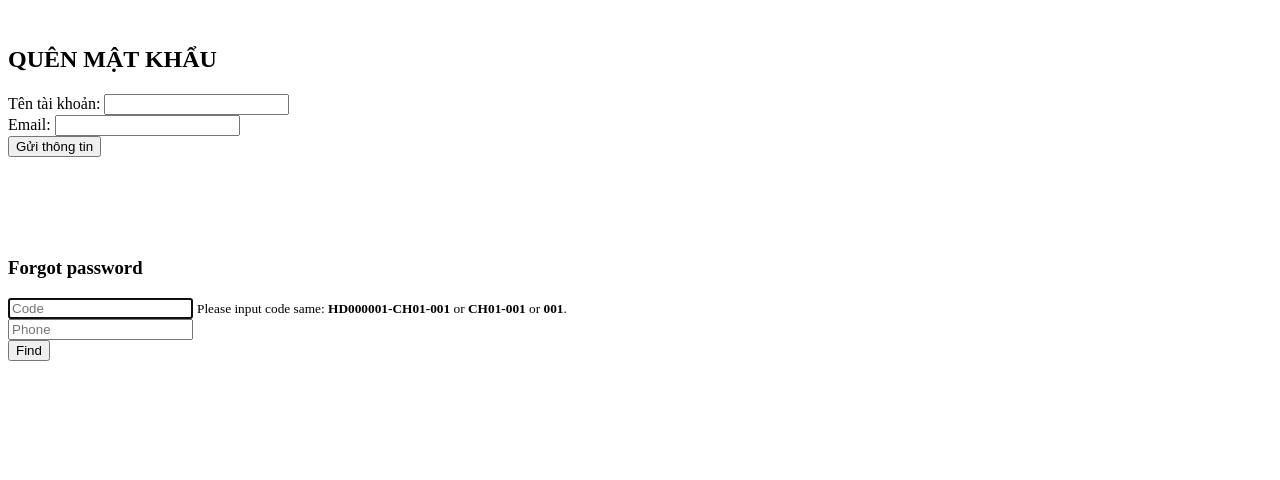
Repository: nguyengiabao245/NHOM3_C2
Page: http://localhost/DoAnJava/WEB-INF/views/account/forgot.jsp
These files come from the project's save history. The page is drawn as it stood at one moment and after the next save; the edit follows.
The browser window is 1280 px wide. The pictures show the whole page.
The page is served by Tomcat 9. Nobody is signed in. The template is opened directly, without the code that normally fills it, so the values that code supplies are empty.

Above is the page before, as saved 2022-05-15 11:27:45.

After the next save:
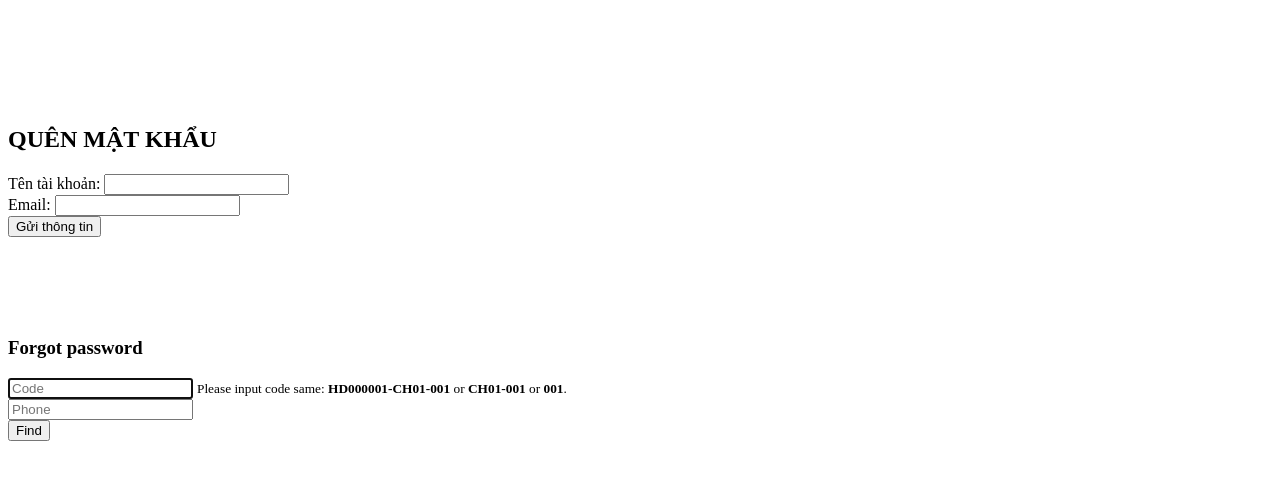
Saved 15 s later.
--- a/DoAnJava/src/main/webapp/WEB-INF/views/account/forgot.jsp
+++ b/DoAnJava/src/main/webapp/WEB-INF/views/account/forgot.jsp
@@ -1,7 +1,7 @@
 <%@ page pageEncoding="utf-8"%>
 
 <br/>
-<div class="container">
+<div id="container" style="margin-top:100px;background-color:#FFFFFF !important">
 	<div class=dang-nhap>
 		<h2>QUÊN MẬT KHẨU</h2>
 		<h4 class="label label-success">${message}</h4>
